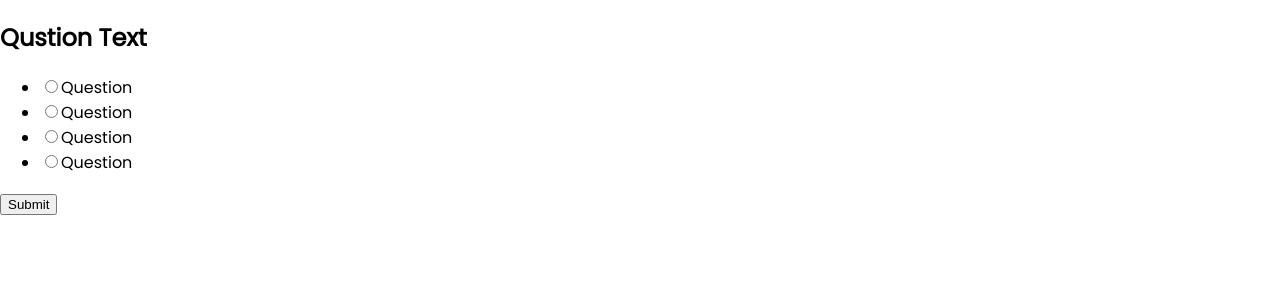
Repository: Abhi2359/Intermediate-projects
Page: Quiz App/index.html
These files come from the project's save history. The page is drawn as it stood at one moment and after a run of saves; the edit follows.
The browser window is 1280 px wide. The pictures show the whole page.

Above is the page before, as saved 2023-01-31 13:52:53.

After the next 2 saves:
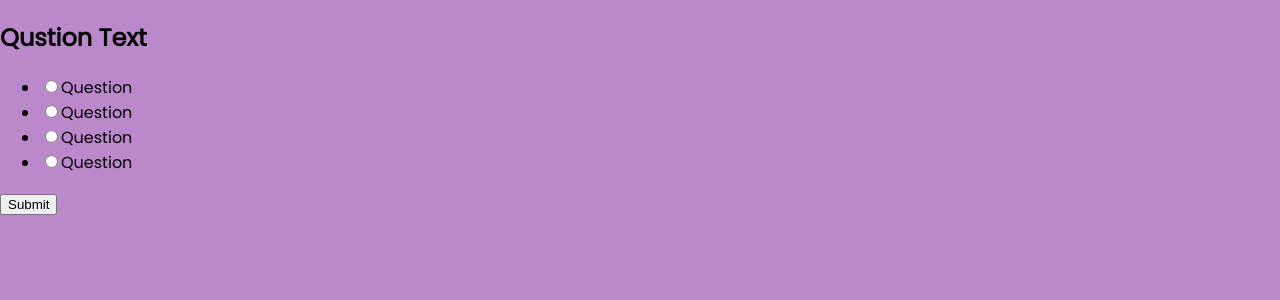
The 2 saves are shown as one change because they came seconds apart.
The last was saved 9 s later.
--- a/Quiz App/style.css
+++ b/Quiz App/style.css
@@ -7,5 +7,5 @@
 body {
   font-family: "Poppins", sans-serif;
   margin: 0;
- background-color: ;
+ background-color: #b8c;
 }
